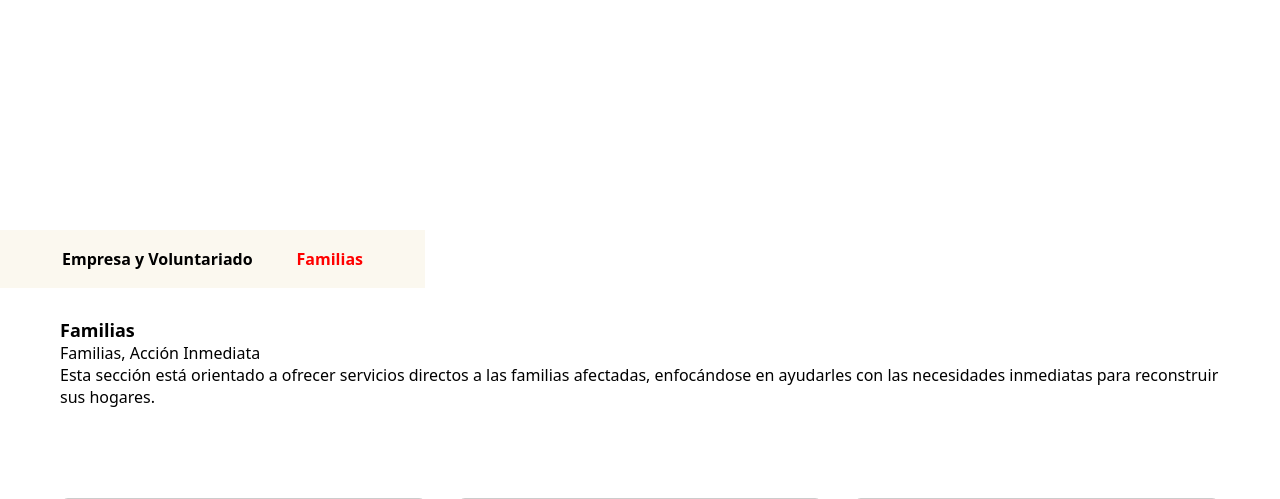
Repository: Synergy-club/reconstruction
Page: /familias
The author's editor kept a copy of each file at every save. The page is drawn from the files as they stood at one save, then again after the next save.
The browser window is 1280 px wide. The pictures show the part of the page from y = 0 to 499 px (the page is 1584 px tall).
Pictures or frames that could not be fetched are drawn as grey boxes. The project was rebuilt for these pictures with package versions that can differ from the ones it lists, and the page was loaded fresh each time. Also part of the build but not shown: vite.config.js, src/views/Workforce/utils/workforece.js, src/views/Workforce/Workforce .jsx.

Above is the page before, as saved 2024-12-10 03:44:51.

### index.html
<!DOCTYPE html>
<html lang="en">
  <head>
    <meta charset="UTF-8" />
    <link rel="icon" type="image/svg+xml" href="/vite.svg" />
    <meta
      name="viewport"
      content="width=device-width, initial-scale=1.0 user-scalable=no"
    />
    <meta
      name="description"
      content="Agrupación de profesionales de primer nivel de los sectores de la logística, arquitectura y construcción unidos para gestionar y coordinar los esfuerzos de reconstrucción tras las inundaciones. Garantizando la trazabilidad y transparencia de las donaciones.
      La emisión de certificados inmediatos de donaciones así como los reconocimientos al voluntariado se harán bajo el paraguas de Fundación Synergy Club internacional, una plataforma abierta que suma acciones de asociaciones y fundaciones. Siempre y todas ellas sin ninguna vinculación política y sin ánimo de lucro.
      Esta iniciativa está abierta a todos los profesionales, voluntarios y héroes vecinales que necesitan o pueden aportar recursos eficientes y de calidad para la reconstrucción.
      Nos apoyamos y promovemos las agrupaciones improvisadas de vecinos de las zonas afectadas por la catástrofe que han reaccionado y son un referente de ayuda inmediata y conocimiento real de las situaciones de sus vecinos."
    />
    <meta name="author" content="Synergy Clubs International" />
    <title>Reconstrucción Valencia</title>
  </head>
  <body>
    <div id="root"></div>
    <script type="module" src="/src/main.jsx"></script>
  </body>
</html>

### src/main.jsx
import { StrictMode } from 'react'
import { createRoot } from 'react-dom/client'
import { BrowserRouter } from 'react-router-dom'
import './assets/global-style/style.css'
import App from './App.jsx'
import { ReducerProvider } from './contexts/ReducerContext.jsx'
import { ReferenceProvider } from './contexts/ReferenceContext.jsx'

createRoot(document.getElementById('root')).render(
  <StrictMode>
    <BrowserRouter>
      <ReducerProvider>
        <ReferenceProvider>
          <App />
        </ReferenceProvider>
      </ReducerProvider>
    </BrowserRouter>
  </StrictMode>
)

### src/assets/global-style/style.css
:root {
  /* BACKGROUND COLOR */
  --sci-bg-dark: #222222;
  --sci-bg-white: #ffffff;
  --sci-primary-blue: #78b3ce;
  --sci-light-blue: #c9e6f0;
  --sci-light-cream: #fbf8ef;
  --sci-accent-orange: #f96e2a;

  /*FONT*/
  --sci-font-main: sans-serif;

  /*COLOR TEXT*/
  --sci-text-dark: #222222;
  --sci-text-white: #ffffff;
  --sci-text-orange: #f96e2a;

  /*SPACING AND ROUNDED*/
  --sci-spacing-xs: 8px;
  --sci-spacing-s: 12px;
  --sci-spacing-m: 16px;
  --sci-spacing-l: 24px;
  --sci-spacing-xl: 48px;

  /*FONT SIZE*/
  --sci-font-size-xs: 12px;
  --sci-font-size-s: 16px;
  --sci-font-size-m: 18px;
  --sci-font-size-l: 22px;
  --sci-font-size-xl: 28px;
}
* {
  margin: 0;
  padding: 0;
  box-sizing: border-box;
  font-family: system-ui, -apple-system, BlinkMacSystemFont, 'Segoe UI', Roboto,
    Oxygen, Ubuntu, Cantarell, 'Open Sans', 'Helvetica Neue', sans-serif;
}

html {
  scroll-behavior: smooth;
}
h1,
h2,
h3,
h4,
h5 {
  font-size: var(--sci-font-size-m);
}
p,
button,
li {
  font-size: var(--sci-font-size-s);
}

ul {
  list-style-type: disc;
  padding-left: 20px;
}
a {
  text-decoration: none;
}
.button {
  cursor: pointer;
  background: none;
  padding: var(--sci-spacing-xs) var(--sci-spacing-s);
  border: none;
  color:var(--sci-text-dark);
  transition: all 0.2s ease-in;
  display: flex;
  justify-content: center;
  align-items: center;
  gap: 8px;
  font-weight: 600;
  border-radius: 4px;
}

.button:hover {
  color:var(--sci-text-orange);

}

@keyframes fadeInUp {
  0% {
    opacity: 0;
    transform: translateY(20px);
  }
  100% {
    opacity: 1;
    transform: translateY(0);
  }
}

.fadeIn {
  opacity: 1;
  animation: fadeInUp 0.5s ease-in;
}

@keyframes show {
  from {
    opacity: 0;
    scale: 50%;
  }
  to {
    opacity: 1;
    scale: 100%;
  }
}


@media (max-width: 400px) {

  li,
  button,
  a {
    font-size: var(--sci-font-size-s);
  }
  p {
    font-size: 14px;
  }
}

### src/App.jsx
import { Route, Routes } from 'react-router-dom'
import Layout from './layout/Layout'
import Workforce  from './views/Workforce/Workforce '
import Families from './views/Families/Families'
import NotFound from './views/404/NotFound'

const App = () => {
  return (
    <Routes>
      <Route path='/' element={<Layout />}>
        <Route index element={<Workforce  />} />
        <Route path='familias' element={<Families />} />
        {/*ERROR LINK*/}
        <Route path='*' element={<NotFound />} />
        <Route />
      </Route>
    </Routes>
  )
}

export default App

### src/contexts/ReducerContext.jsx
import { createContext } from 'react'

export const ReducerContext = createContext()
export const ReducerProvider = ({children}) => {
  return (
    <ReducerContext.Provider value={{}}>{ children }</ReducerContext.Provider>
  )
}

### src/contexts/ReferenceContext.jsx
import { createContext } from 'react'

export const ReferenceContext = createContext()

export const ReferenceProvider = ({ children }) => {
  return <ReferenceContext.Provider value={{}}>{children}</ReferenceContext.Provider>
}

### src/layout/Layout.jsx

import { Fragment } from 'react'
import { Outlet } from 'react-router-dom'
import Header from '../components/Header/Header'

const Layout = () => {
  return (
    <Fragment>
    <header><Header /></header>
    <div>
      <Outlet />

    </div>
    </Fragment>
  )
}

export default Layout

### src/views/Families/Families.jsx
import Container from '../../components/Container/Container'
import { familiesContent } from './utils/families'

const Families = () => {
  return (
    <section>
      <div>
        <Container arrayContent={familiesContent} />
      </div>
    </section>
  )
}

export default Families

### src/views/404/NotFound.jsx
import React, { useEffect } from 'react'
import { useNavigate } from 'react-router-dom'

const NotFound = () => {
  const navigate = useNavigate()
  useEffect(() => {
    const timeout = setTimeout(() => {
      navigate('../')
    }, 300)
    return () => clearTimeout(timeout)
  }, [navigate])
}

export default NotFound

### src/components/Header/Header.jsx
import './Header.css'
import Nav from '../Nav/Nav'

const Header = () => {
  return (
    <div className='header__container'>
    <div className='header__hero'></div>
    <div className='header__nav'>
      <Nav />

    </div>
    </div>
  )
}

export default Header

### src/components/Container/Container.jsx
import { Helmet, HelmetProvider } from 'react-helmet-async'
import Card from '../Card/Card'
import './Container.css'

const Container = ({ arrayContent }) => {
  const { body, donationBoxes } = arrayContent
  return (
    <>
      <HelmetProvider>
        {body?.helmet && (
          <Helmet>
            <title>{body.helmet.title}</title>
            <meta name={body.helmet.name} content={body.helmet.content} />
          </Helmet>
        )}
        <div className='container__view'>
          <div>
            <h1>{body.title}</h1>
          </div>
          <article>
            <p>{body.description}</p>
            <p>{body.description_}</p>
          </article>
        </div>
        <Card array={donationBoxes} />
      </HelmetProvider>
    </>
  )
}

export default Container

### src/views/Families/utils/families.js
export const familiesContent = {
  body: {
    title: 'Familias',
    description: 'Familias, Acción Inmediata',
    description_:
      'Esta sección está orientado a ofrecer servicios directos a las familias afectadas, enfocándose en ayudarles con las necesidades inmediatas para reconstruir sus hogares.',
    helmet: {
      title:'Familias Acción Inmediata',
      name: 'description',
      content: 'Familias, Acción Inmediata'
    }
  },
  donationBoxes: [
    {
      title: 'Solicitud de Materiales',
      description:
        'Descripción: Las familias pueden solicitar materiales esenciales para la reconstrucción de sus hogares.',
      description_:
        'Acción: Formulario para solicitar materiales como cemento, ladrillos, madera, etc.',
      link: '',
      image: 'https://st4.depositphotos.com/1189140/25017/i/450/depositphotos_250176292-stock-photo-concept-of-housing-and-relocation.jpg',
      button_text: 'Solicitar Materiales',
      span: ''
    },
    {
      title: 'Coordinación de Obras:',
      description:
        'Descripción: Aseguramos que los proyectos de reconstrucción se lleven a cabo correctamente.',
      description_:
        'Acción: Formulario para solicitar mano de obra profesional para la reconstrucción (albañiles, carpinteros, etc.).',
      link: '',
      image: 'https://st4.depositphotos.com/1189140/25017/i/450/depositphotos_250176292-stock-photo-concept-of-housing-and-relocation.jpg',
      button_text: 'Solicitar Mano de Obra Profesional',
      span: ''
    },
    {
      title: 'Arquitectura, Peritaciones y Proyectos:',
      description:
        'Descripción: Acceder a servicios de arquitectos y peritos para la evaluación y diseño de proyectos de reconstrucción.',
      description_:
        'Acción: Formulario para solicitar la ayuda de arquitectos y peritos para realizar proyectos de reconstrucción.',
      link: '',
      image: 'https://st4.depositphotos.com/1189140/25017/i/450/depositphotos_250176292-stock-photo-concept-of-housing-and-relocation.jpg',
      button_text: 'Solicitar Proyecto',
      span: ''
    },
    {
      title: 'Tramitación de Ayudas:',
      description:
        'Descripción: Las familias pueden acceder a la información sobre ayudas públicas y privadas disponibles.',
      description_:
        'Acción: Formulario para solicitar asesoramiento y gestionar las ayudas disponibles.',
      link: '',
      image: 'https://st4.depositphotos.com/1189140/25017/i/450/depositphotos_250176292-stock-photo-concept-of-housing-and-relocation.jpg',
      button_text: 'Solicitar Ayudas',
      span: ''
    },
    {
      title: 'Vehículos y Transporte:',
      description:
        'Descripción: Donación de vehículos con o sin conductor para transportar materiales o mano de obra a las zonas afectadas y facilitar la reconstrucción.',
      description_:
        'Acción: Solicitud de vehículos y tiempo de uso para el transporte de materiales.',
      link: '',
      image: 'https://st4.depositphotos.com/1189140/25017/i/450/depositphotos_250176292-stock-photo-concept-of-housing-and-relocation.jpg',
      button_text: 'Solicitar Transporte',
      span: ''
    }
  ]
}

### src/components/Header/Header.css
.header__container{
  height:40svh;
  display: flex;
  justify-content: start;
  align-items: end;
}

### src/components/Nav/Nav.jsx
import { NavLink } from 'react-router-dom'
import './Nav.css'

const Nav = () => {
  return (
    <nav className='nav__container'>
      <NavLink
        to='/'
        className={({ isActive }) =>
          `button ${
            isActive ? 'nav__content-link active' : 'nav__content-link'
          }`
        }
      >
        Empresa y Voluntariado
      </NavLink>
      <NavLink
        to='/familias'
        className={({ isActive }) =>
          `button ${isActive ? 'nav__content-link active' : 'nav__content-link'
          }`
        }
      >
        Familias
      </NavLink>
    </nav>
  )
}

export default Nav

### src/components/Card/Card.jsx
import React from 'react'
import './Card.css'

const Card = ({ array }) => {
  return (
    <div className='card__container'>
      {array &&
        Object.keys(array).length > 0 &&
        Object.values(array).map((element, index) => (
          <div key={index} className='card__item'>
            <div className='card__content-img'>
              <img src={element.image} alt={element.title} />
            </div>
            <div className='card__content'>
              <div>
                <h2>{element.title}</h2>
                <article>
                  <p>{element.description}</p>
                  <p>{element.description_}</p>
                </article>
              </div>
            </div>
            <div className='card__content'>
              <button className='button'>
                <a
                  href={element.link}
                  rel='noopener noreferrer'
                  target='_blank'
                >
                  {element.button_text}
                </a>
              </button>
              {element.span && <span>*{element.span}</span>}
            </div>
          </div>
        ))}
    </div>
  )
}

export default Card

### src/components/Container/Container.css
.container__view {
  display: flex;
  flex-direction: column;
  justify-content: center;
  padding: 30px 60px;
}

@media (max-width: 500px) {
  .container__view {
    padding: 30px;
  }
}

### src/components/Nav/Nav.css
.nav__container{
  width:100%;
  padding: 10px 50px;
  background-color: var(--sci-light-cream);
  display: flex;
  justify-content: start;
  align-items: center;
  gap:20px;
}

.nav__content-link {
  color: black;
  text-decoration: none;
}

.nav__content-link.active {
  color: red;
}

### src/components/Card/Card.css
.card__container {
  display: flex;
  flex-wrap: wrap;
  gap: 30px;
  justify-content: center;
  padding: 60px;
}

.card__item {
  background-color: #fff;
  border: 1px solid #ccc;
  border-radius: 8px;
  width: calc(33.33% - 20px);
  display: flex;
  flex-direction: column;
  overflow: hidden;
}
.card__content-img{
  width: 100%;
  height: 200px;
  overflow: hidden;
}
.card__content-img img {
  width: 100%;
  height: 200px;
  object-fit: cover;
  transition: all 0.2s ease-in;
}
.card__content-img img:hover{
  transform: scale(1.1);
}

.card__content {
  padding: 15px;
}

.card__content h2 {
  margin-bottom: 10px;
}

.card__content p {
  margin-bottom: 5px;
}

.card__content button {
  margin-top: 10px;
  background-color: var(--sci-light-blue);
  border-radius: 4px;
  width:100%;
}

.card__content button:hover{
  background-color: var(--sci-primary-blue);

}

.card__content span {
  display: block;
  margin-top: 10px;
  font-size: 0.9rem;
  color: #777;
}

@media (max-width: 780px) {
  .card__item {
    width: calc(50% - 20px);
  }
}

@media (max-width: 500px) {
  .card__item {
    width: 100%;
  }
  .card__container {
    padding: 10px;
  }
}

After the next save:
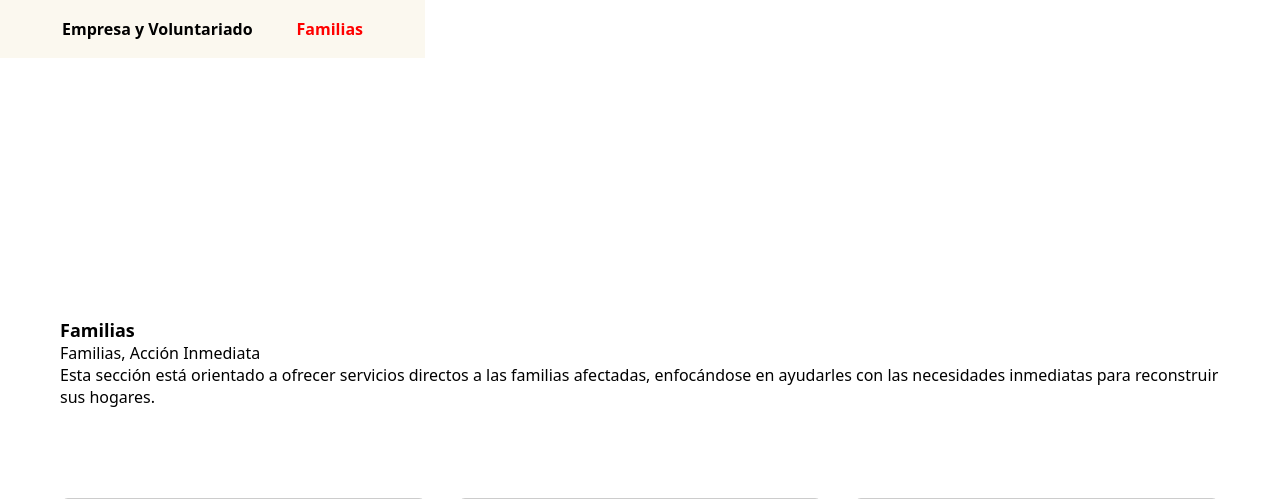
Saved 5 s later.
--- a/src/components/Header/Header.css
+++ b/src/components/Header/Header.css
@@ -2,5 +2,4 @@
   height:40svh;
   display: flex;
   justify-content: start;
-  align-items: end;
 }
